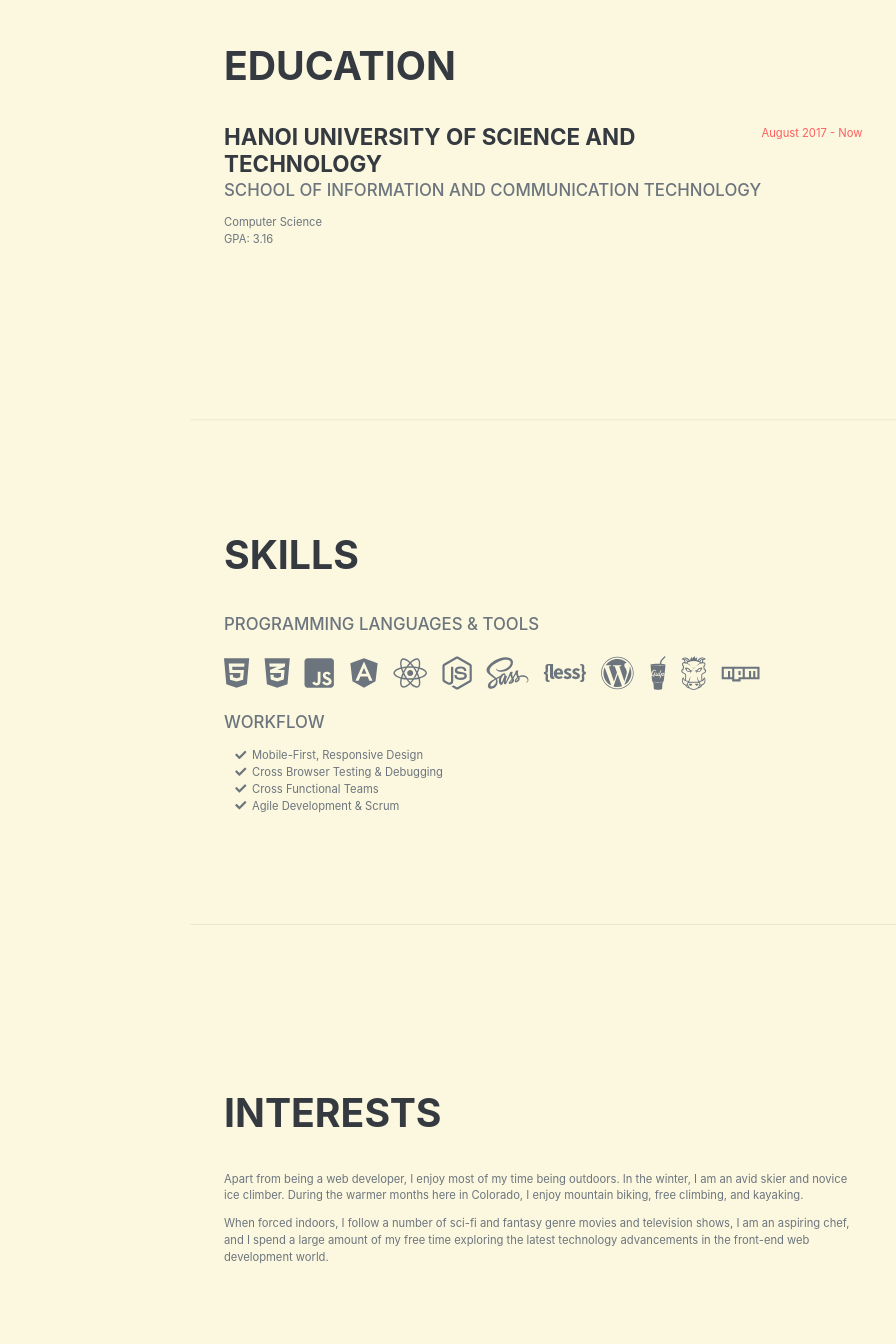
Repository: nguyenlcc/Online-CV
Page: index.html
The author's editor kept a copy of each file at every save. The page is drawn from the files as they stood at one save, then again after the next save.
The browser window is 1280 px wide. The pictures show the part of the page from y = 1869 to 3789 px (the page is 4631 px tall), at 70% of full size.
Some web fonts or font styles are not loaded; a fallback is used. Some web libraries are served in a nearby version.

Above is the page before, as saved 2022-05-23 01:02:53.

After the next save:
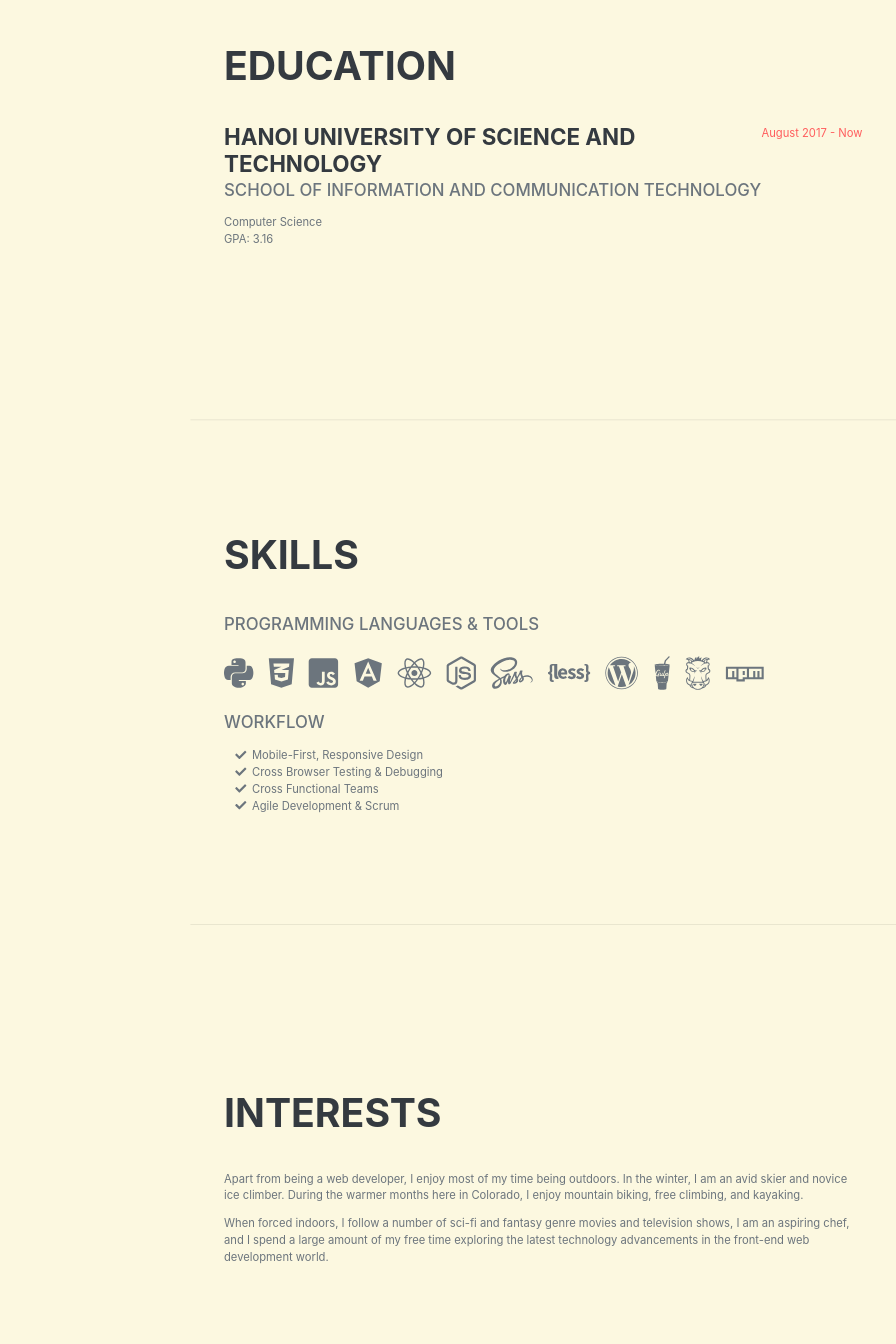
Saved 2 min 23 s later.
--- a/index.html
+++ b/index.html
@@ -216,7 +216,7 @@
           <h2 class="mb-5">Skills</h2>
           <div class="subheading mb-3">Programming Languages & Tools</div>
           <ul class="list-inline dev-icons">
-            <li class="list-inline-item"><i class="fab fa-html5"></i></li>
+            <li class="list-inline-item"><i class="fab fa-python"></i></li>
             <li class="list-inline-item"><i class="fab fa-css3-alt"></i></li>
             <li class="list-inline-item"><i class="fab fa-js-square"></i></li>
             <li class="list-inline-item"><i class="fab fa-angular"></i></li>
